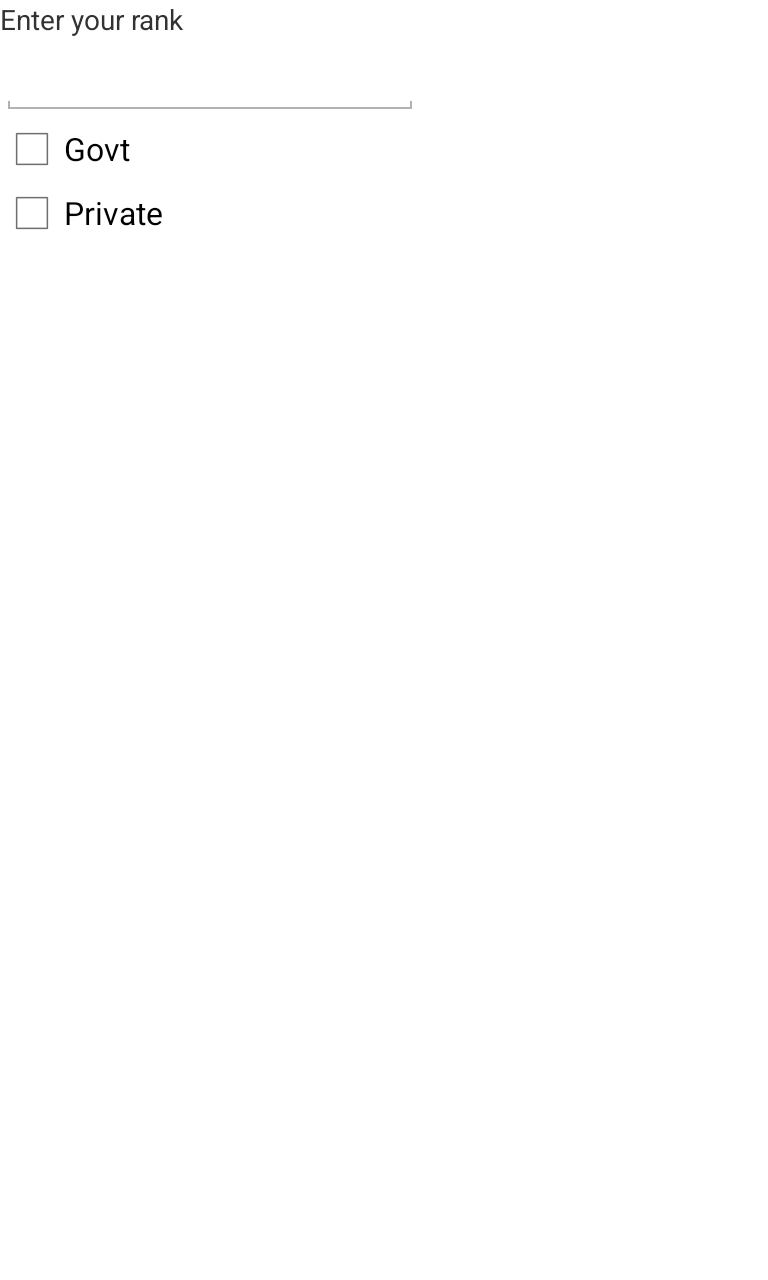
Repository: sandeepsas/Keam360
Layout: KEAM360/res/layout/activity_main.xml
These files come from the project's save history. The layout is drawn as it stood at one moment and after the next save; the edit follows.
It is drawn on a 768 x 1280 px phone screen (xhdpi) without system bars, with theme AppTheme; the app's code is not run.

Above is the layout before, as saved 2015-08-02 18:30:23.

After the next save:
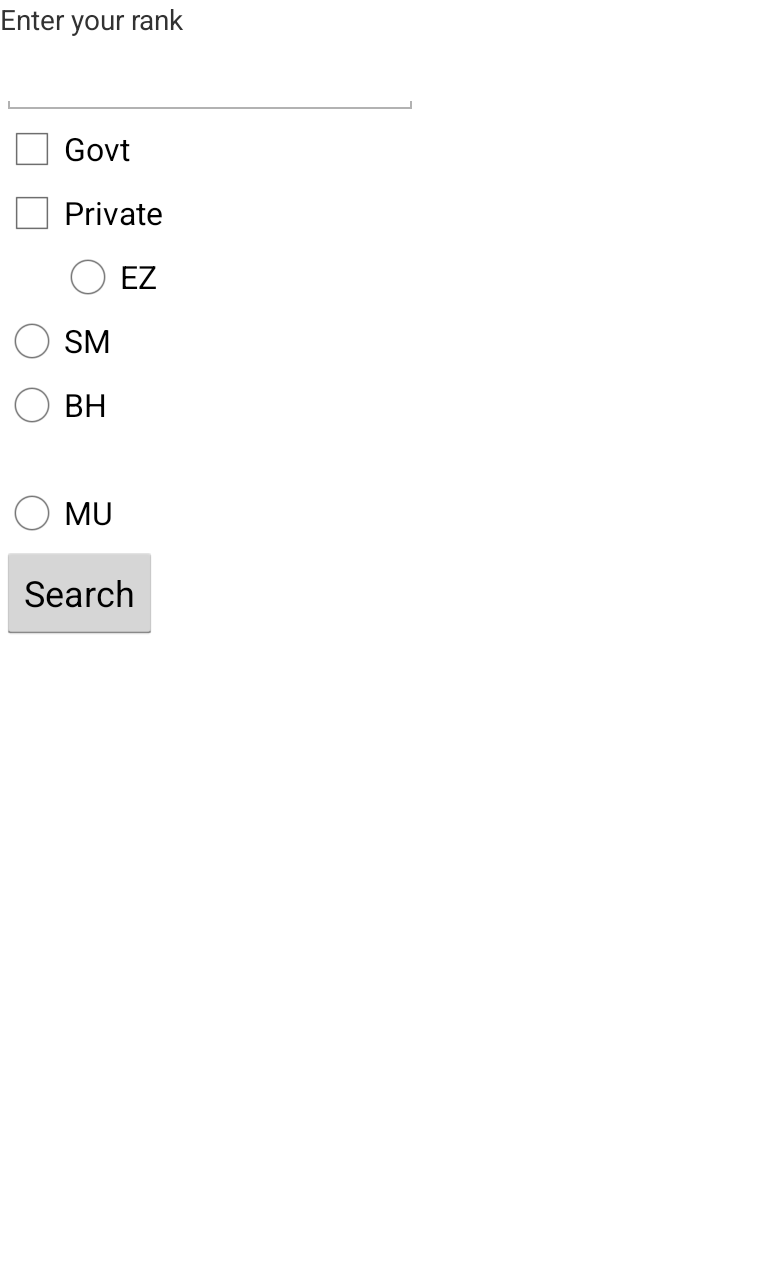
Saved 38 s later.
--- a/KEAM360/res/layout/activity_main.xml
+++ b/KEAM360/res/layout/activity_main.xml
@@ -26,5 +26,51 @@
         android:layout_width="wrap_content"
         android:layout_height="wrap_content"
         android:text="Private" />
+    <RadioGroup
+        android:layout_width="wrap_content"
+        android:layout_height="wrap_content"
+        android:layout_above="@+id/button1"
+        android:layout_alignParentLeft="true" >
+
+        <RadioButton
+            android:id="@+id/RadioButton02"
+            android:layout_width="wrap_content"
+            android:layout_height="wrap_content"
+            android:layout_marginLeft="28dp"
+            android:text="EZ" />
+
+        <RadioButton
+            android:id="@+id/radioButton1"
+            android:layout_width="wrap_content"
+            android:layout_height="wrap_content"
+            android:layout_alignLeft="@+id/checkBox1"
+            android:layout_centerVertical="true"
+            android:text="SM" />
+
+        <RadioButton
+            android:id="@+id/RadioButton01"
+            android:layout_width="wrap_content"
+            android:layout_height="wrap_content"
+            android:layout_centerVertical="true"
+            android:layout_toLeftOf="@+id/checkBox2"
+            android:text="BH" />
+
+        <RadioButton
+            android:id="@+id/RadioButton03"
+            android:layout_width="wrap_content"
+            android:layout_height="wrap_content"
+            android:layout_alignRight="@+id/textView1"
+            android:layout_below="@+id/RadioButton01"
+            android:layout_marginTop="22dp"
+            android:text="MU" />
+    </RadioGroup>
+    <Button
+        android:id="@+id/button1"
+        android:layout_width="wrap_content"
+        android:layout_height="wrap_content"
+        android:layout_alignParentBottom="true"
+        android:layout_centerHorizontal="true"
+        android:layout_marginBottom="68dp"
+        android:text="Search" />
 
 </LinearLayout>
